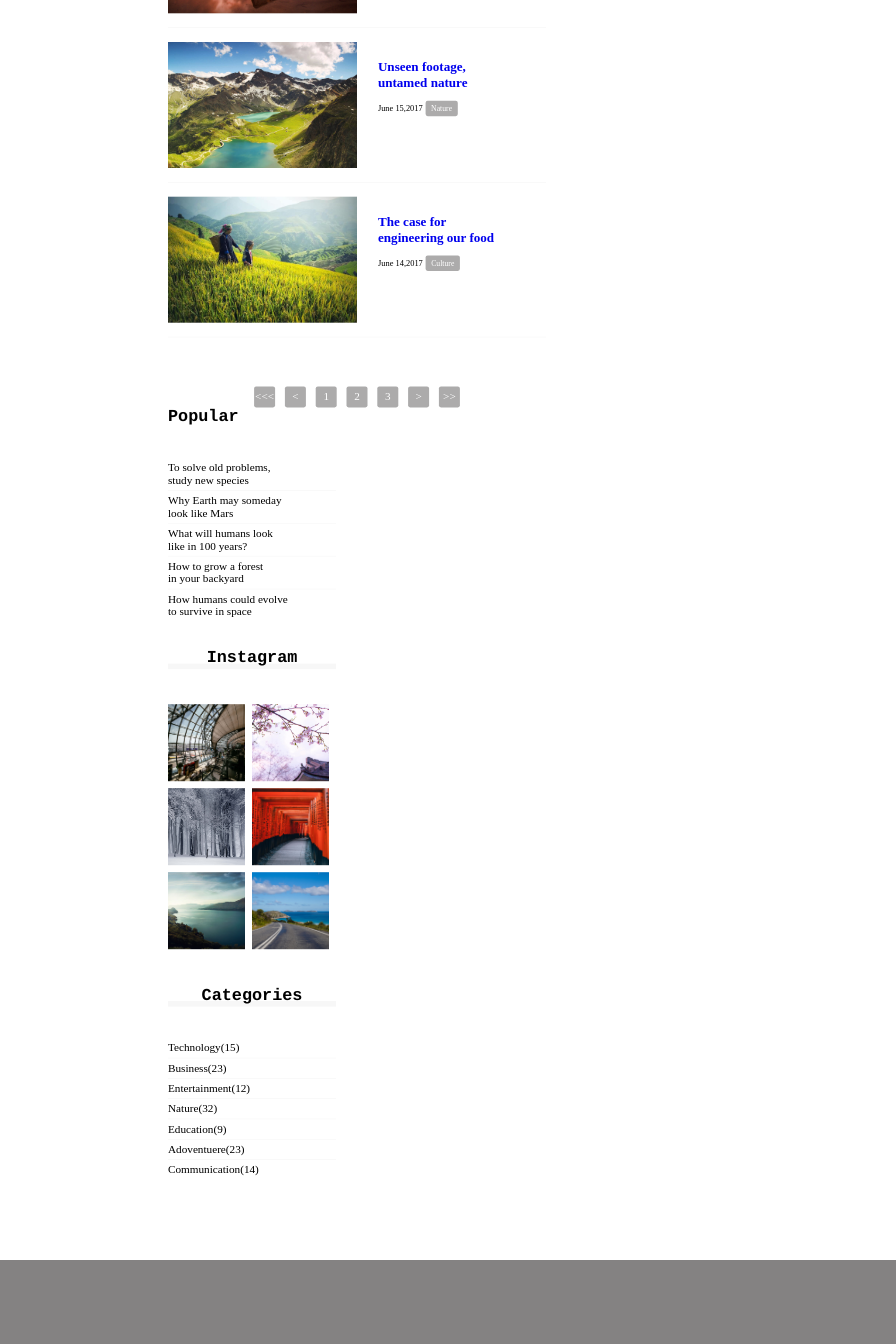
Repository: wakasugisatoi/git
Page: caravan/index2.html
The author's editor kept a record of every edit. The page is drawn from the files as they stood at one moment, then again after the next edit.
The browser window is 1280 px wide. The pictures show the part of the page from y = 1150 to 3070 px (the page is 3070 px tall), at 70% of full size.
Some web libraries are served in a nearby version.

Above is the page before.

After the next edit:
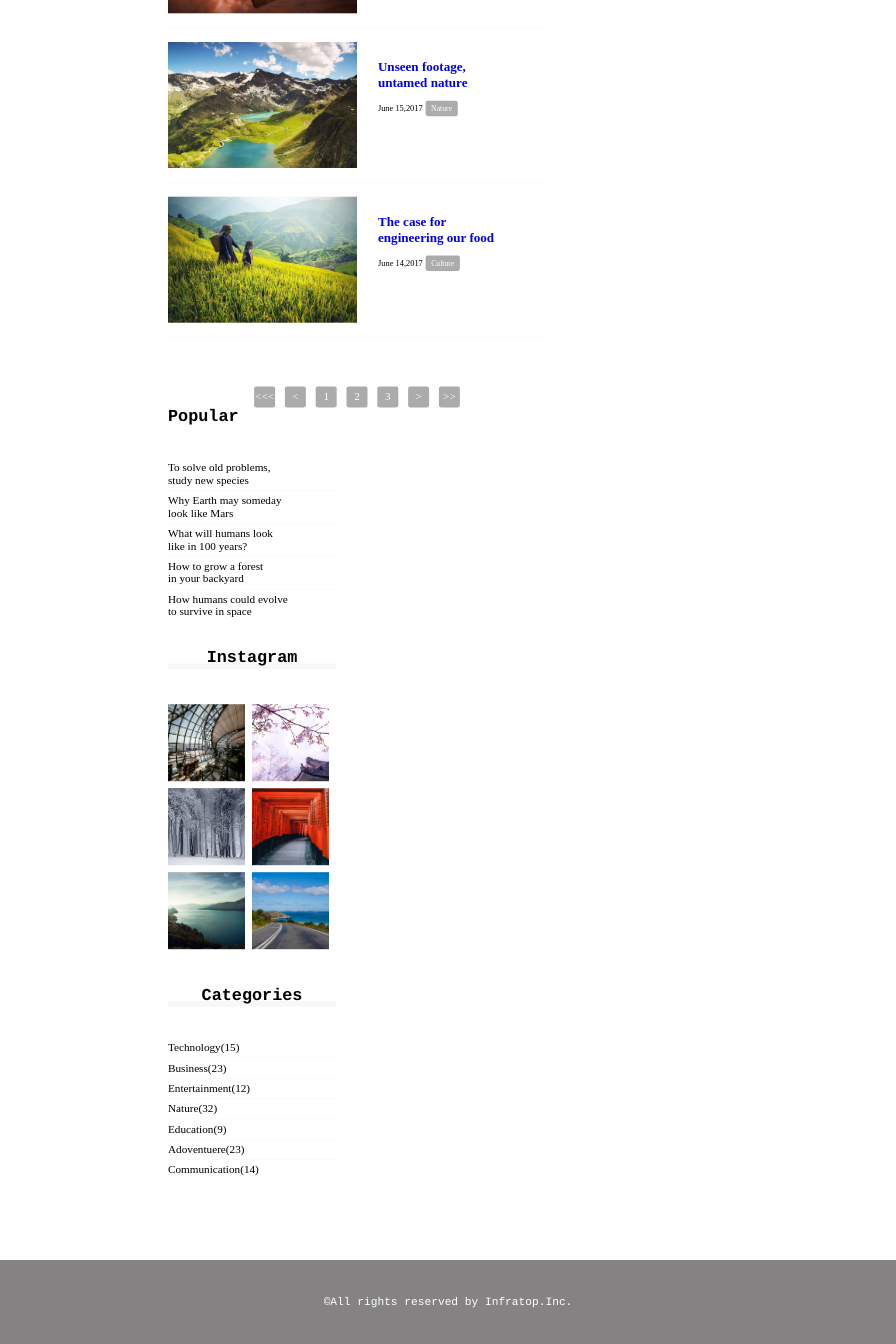
The edit:
--- a/caravan/index2.html
+++ b/caravan/index2.html
@@ -195,7 +195,7 @@
     <!--footer用のdiv-->
     <!--<div class="footer"></div>-->
     <footer>
-      <!--<p class="footer-text">©All rights reserved by Infratop.Inc.</p>-->
+      <p class="footer-text">©All rights reserved by Infratop.Inc.</p>
 
     </footer>
 
